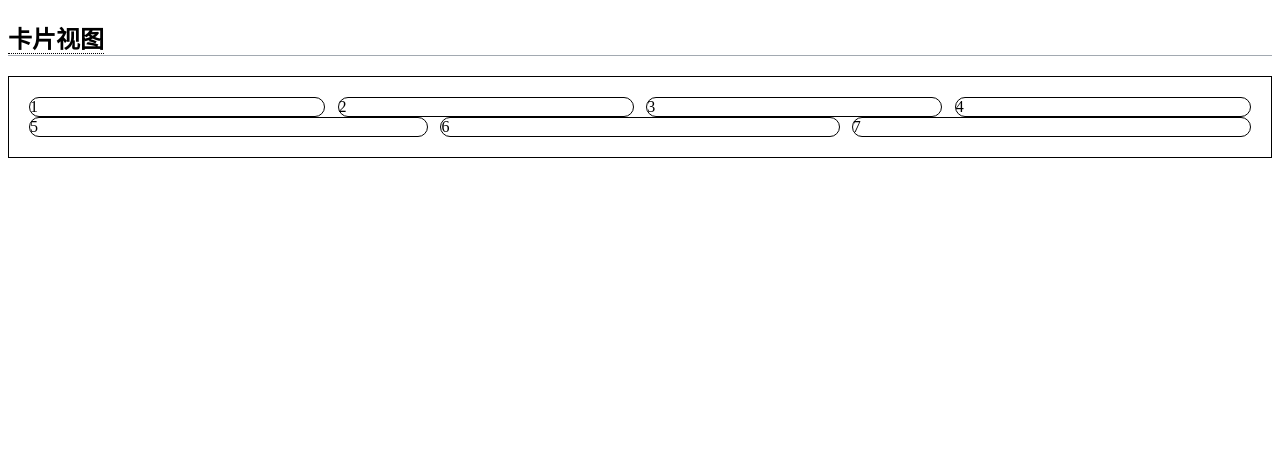
Repository: khbbkhbk/PokeSpePlus
Page: aaaa.html
The author's editor kept a copy of each file at every save. The page is drawn from the files as they stood at one save, then again after the next save.
The browser window is 1280 px wide. The pictures show the whole page.

Above is the page before, as saved 2024-11-07 10:31:51.

After the next save:
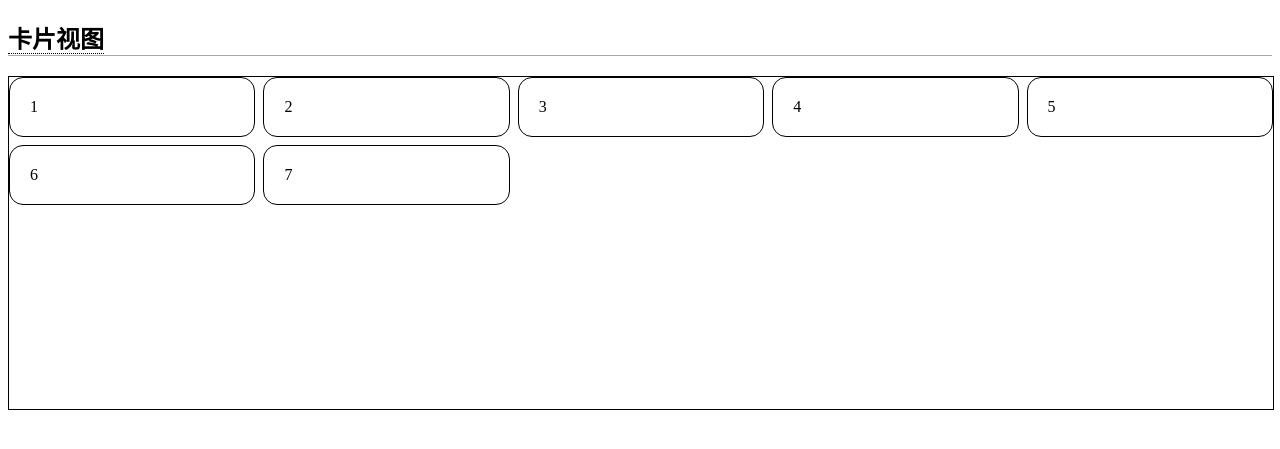
Saved 15 min 9 s later.
--- a/aaaa.html
+++ b/aaaa.html
@@ -8,30 +8,23 @@
 <body>
     <style>
         .card-container {
-            display: flex;
-            align-items: center;
-            flex-wrap: wrap;
-            width: inherit;
-            padding: 20px;
-            gap: 1%;
+            width: 100%;
+            display: grid;
+            grid-template-rows: repeat(5, 1fr);
+            grid-template-columns: repeat(5, 1fr);
+            gap: 8px;
+
             }
         .card-gropup {
-            display: flex;
-            flex-direction: column;
-            width: 20%;
             font-size: 16px;
             border-radius: 14px;
             border: 1px solid black;
             cursor: pointer;
-            transition: 0.3s ease;
-            flex-grow: 1;
-            &:hover {
-                transform: scale(1.02);
-            }
+            padding: 20px;
         }
     </style>
     <h2 style="border-bottom: 1px solid #a2a9b1;"><span title="原名：二名视图" style="border-bottom: 1px dotted black;">卡片视图</span></h2>
-    <div style="border: 1px solid black;">
+    <div style="border: 1px solid black; width: 100%;">
         <div class="card-container">
             <div class="card-gropup">1</div>
             <div class="card-gropup">2</div>
